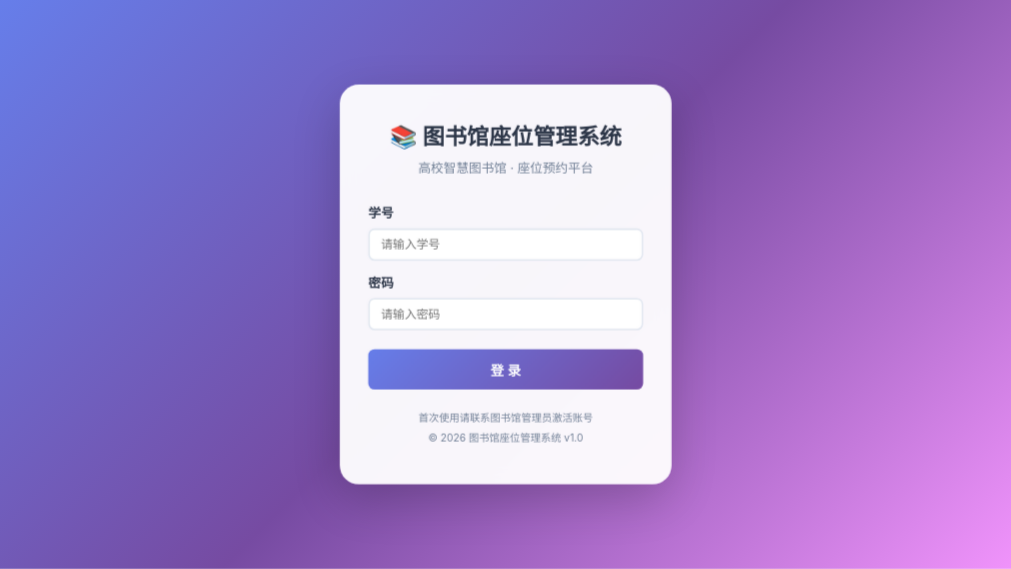
Repository: kinyono/library_seat_system
Page: index.html
These files come from the project's save history. The page is drawn as it stood at one moment and after the next save; the edit follows.
The browser window is 1280 px wide. The pictures show the whole page, at 79% of full size.

Above is the page before, as saved 2026-09-14 23:28:35.

After the next save:
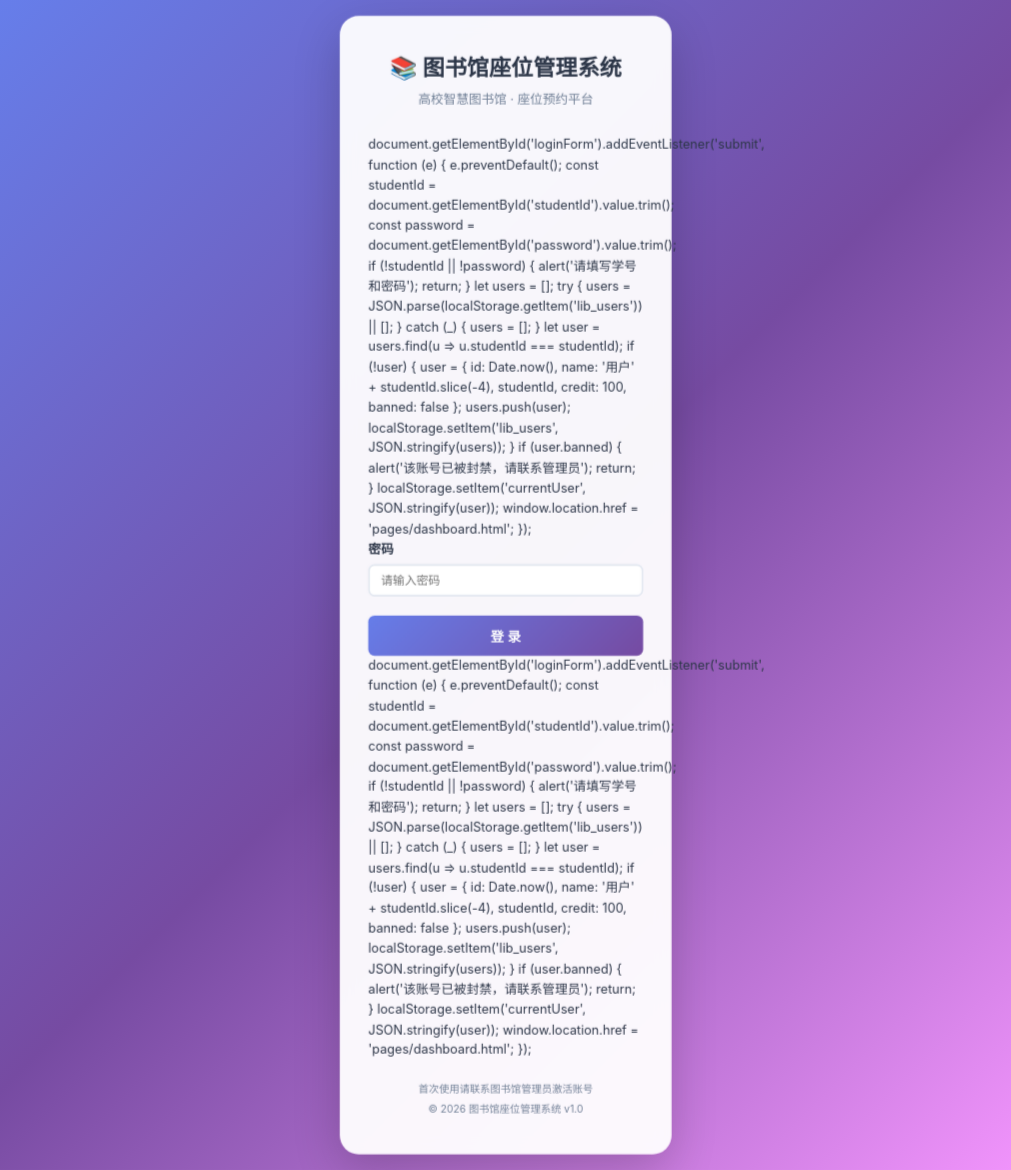
Saved 5 min 11 s later.
--- a/index.html
+++ b/index.html
@@ -13,15 +13,63 @@
             <h1>📚 图书馆座位管理系统</h1>
             <p class="subtitle">高校智慧图书馆 · 座位预约平台</p>
             <form id="loginForm">
-                <div class="form-group">
-                    <label for="studentId">学号</label>
-                    <input type="text" id="studentId" class="form-control" placeholder="请输入学号" required>
-                </div>
+               document.getElementById('loginForm').addEventListener('submit', function (e) {
+  e.preventDefault();
+  const studentId = document.getElementById('studentId').value.trim();
+  const password = document.getElementById('password').value.trim();
+  if (!studentId || !password) {
+    alert('请填写学号和密码');
+    return;
+  }
+
+  let users = [];
+  try { users = JSON.parse(localStorage.getItem('lib_users')) || []; } catch (_) { users = []; }
+  let user = users.find(u => u.studentId === studentId);
+  if (!user) {
+    user = { id: Date.now(), name: '用户' + studentId.slice(-4), studentId, credit: 100, banned: false };
+    users.push(user);
+    localStorage.setItem('lib_users', JSON.stringify(users));
+  }
+  if (user.banned) {
+    alert('该账号已被封禁，请联系管理员');
+    return;
+  }
+
+  localStorage.setItem('currentUser', JSON.stringify(user));
+  window.location.href = 'pages/dashboard.html';
+});
+
                 <div class="form-group">
                     <label for="password">密码</label>
                     <input type="password" id="password" class="form-control" placeholder="请输入密码" required>
                 </div>
                 <button type="submit" class="btn-login">登 录</button>
+                document.getElementById('loginForm').addEventListener('submit', function (e) {
+  e.preventDefault();
+  const studentId = document.getElementById('studentId').value.trim();
+  const password = document.getElementById('password').value.trim();
+  if (!studentId || !password) {
+    alert('请填写学号和密码');
+    return;
+  }
+
+  let users = [];
+  try { users = JSON.parse(localStorage.getItem('lib_users')) || []; } catch (_) { users = []; }
+  let user = users.find(u => u.studentId === studentId);
+  if (!user) {
+    user = { id: Date.now(), name: '用户' + studentId.slice(-4), studentId, credit: 100, banned: false };
+    users.push(user);
+    localStorage.setItem('lib_users', JSON.stringify(users));
+  }
+  if (user.banned) {
+    alert('该账号已被封禁，请联系管理员');
+    return;
+  }
+
+  localStorage.setItem('currentUser', JSON.stringify(user));
+  window.location.href = 'pages/dashboard.html';
+});
+
             </form>
             <div class="footer-info">
                 <p>首次使用请联系图书馆管理员激活账号</p>
